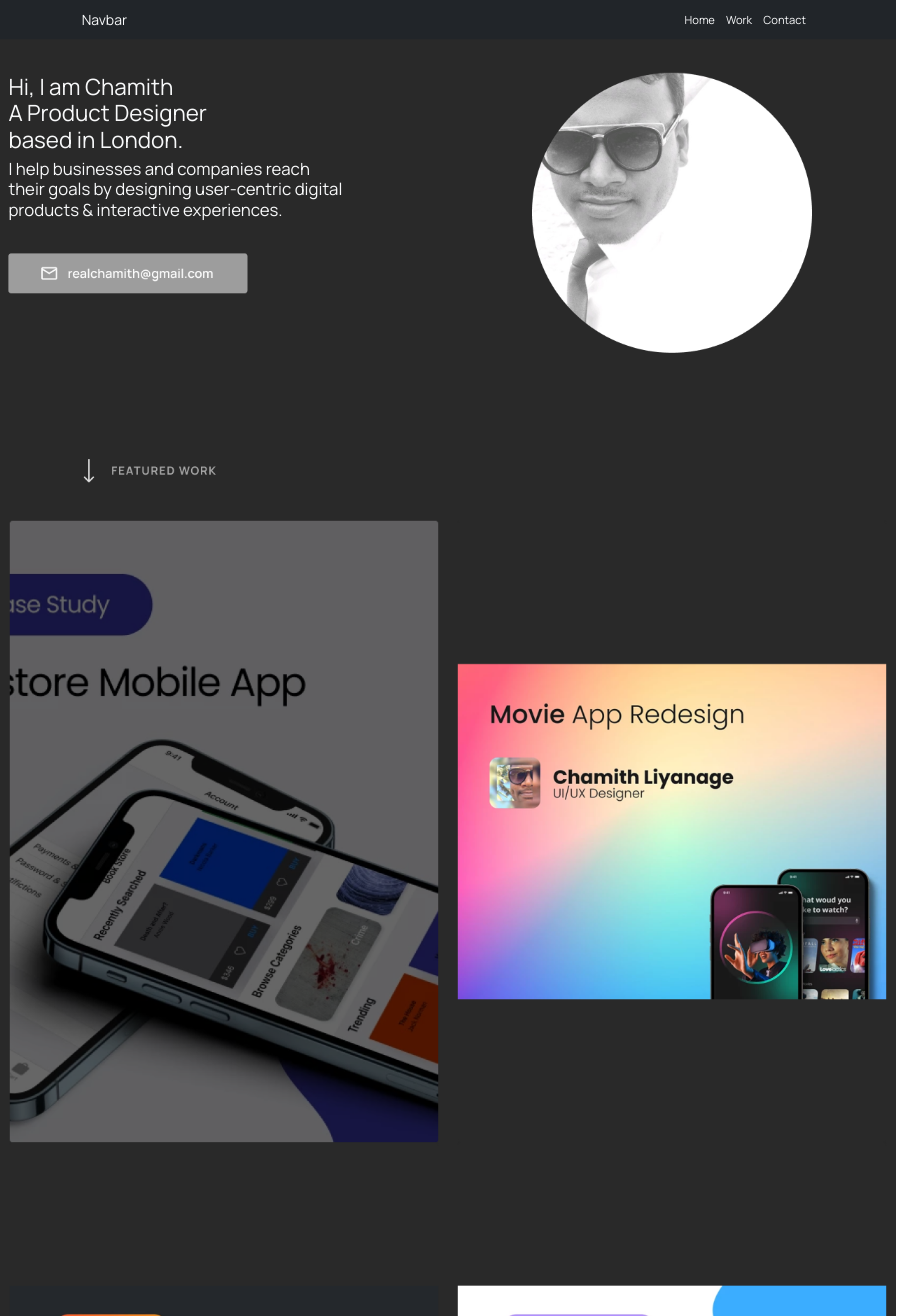
Repository: Realchamithweb/chamith-html
Page: index.html
An editor plug-in stored every save of this project. The page is shown before and after a run of saves, followed by the edit.
The browser window is 1280 px wide. The page is 1292 px wide, so the pictures cover 1292 px, including what lies to the right of the window. The pictures show the part of the page from y = 0 to 1880 px (the page is 4129 px tall before and 4225 px after), at 70% of full size.

Above is the page before, as saved 2023-01-04 16:16:53.

### index.html
<!doctype html>
<html lang="en">
  <head>
    <!-- Required meta tags -->
    <meta charset="utf-8">
    <meta name="viewport" content="width=device-width, initial-scale=1">
    <link rel="stylesheet" href="/css/style.css">
    <link rel="script" href="/js/main.js">
    <!-- Bootstrap CSS -->
    <link href="https://cdn.jsdelivr.net/npm/bootstrap@5.0.2/dist/css/bootstrap.min.css" rel="stylesheet" integrity="sha384-EVSTQN3/azprG1Anm3QDgpJLIm9Nao0Yz1ztcQTwFspd3yD65VohhpuuCOmLASjC" crossorigin="anonymous">
    <link rel="stylesheet" href="https://fonts.googleapis.com/css?family=Manrope">
    <title>Hello, world!</title>
  </head>
  <body>
    <div class="main">
            <div class="head">
                <nav class="navbar navbar-expand-lg navbar-light bg-dark">
                    <div class="container-fluid">
                        <div class="col-md-1"></div>
                    <a class="navbar-brand col-md-8 text-light" href="#">Navbar</a>
                    <button class="navbar-toggler" type="button" data-bs-toggle="collapse" data-bs-target="#navbarNavDropdown" aria-controls="navbarNavDropdown" aria-expanded="false" aria-label="Toggle navigation">
                        <span class="navbar-toggler-icon"></span>
                    </button>
                    <div class="collapse navbar-collapse" id="navbarNavDropdown">
                        <ul class="navbar-nav">
                        <li class="nav-item">
                            <a class="nav-link active text-light" aria-current="page" href="#">Home</a>
                        </li>
                        <li class="nav-item">
                            <a class="nav-link text-light" href="/work.html">Work</a>
                        </li>
                        <li class="nav-item">
                            <a class="nav-link text-light" href="/contact.html">Contact</a>
                        </li>
                        </ul>
                    </div>
                    </div>
                </nav>
            </div>

            <section>
            <div class="hero">
                <div class="container-fluid">
                    <div class="row">
                        <div class="col-lg-6 ">
                            <p class="hero-title text-light h2 mt-5">Hi, I am Chamith<br>
                                A Product Designer<br>
                                based in London.
                            </p>
                            <p class="hero-text text-light h4 mt-2">
                                I help businesses and companies reach <br>
                                their goals by designing user-centric digital <br>
                                products & interactive experiences.
                            </p>
                            <div class="mt-5">
                                <img src="/inc/Btn.png" class="">
                            </div>
                        </div>
                        <div class="col-lg-6 d-flex justify-content-center mb-5 mt-5">
                            <img src="/inc/unsplash_XHVpWcr5grQ.png"" class="hero-img">
                        </div>
                    </div>
                </div>
            </div>
            </section>
            <section>
            <div class="Featured-Work">
                <div class="container-fluid">
                    <div class="row mt-5">
                        <div class="col-lg-1  mb-5"></div>
                        <div class="col-lg-10  mb-5 mt-5">
                            <img src="/inc/Featured.png" class="img00">
                        </div>
                        <div class="col-lg-6 d-flex justify-content-center">
                            <img src="/inc/unsplash_mxPiMiz7KCo.png" class="img01">

                        </div>
                        <div class="col-lg-6 d-flex justify-content-center">
                            <img src="/inc/unsplash_g-pKprPg5yw.png" class="img02">
                        </div>
                    </div>
                </div>
                <div class="container-fluid">
                    <div class="row">
                        <div class="col-lg-6 d-flex justify-content-center">
                            <img src="/inc/unsplash_pqzRfBhd9r0.png" class="img01">
                        </div>
                        <div class="col-lg-6 d-flex justify-content-center">
                            <img src="/inc/unsplash_x-HpilsdKEk.png" class="img01">
                        </div>
                    </div>
                </div>
            </div>
            </section>
            <section>
                <div class="Visual-Explorations mb-5">
                    <div class="container-fluild">
                        <div class="row">
                            <div class="col-lg-12 d-flex justify-content-center text-light h1 mt-5 mb-5">Visual Explorations</div>
                            <div class="col-lg-4 d-flex justify-content-center">
                                <img src="/inc/unsplash_fd6K_OFlnRA.png" class="img01">
                            </div>
                            <div class="col-lg-4 d-flex justify-content-center">
                                <img src="/inc/unsplash_Glel-RswQqM.png" class="img01">
                            </div>
                            <div class="col-lg-4 d-flex justify-content-center">
                                <img src="/inc/unsplash_pPTw_RTkvXQ.png" class="img01">
                            </div>
                        </div>
                    </div>
                </div>
            </section>
            <section>
                <div class="Personal-Projects">
                    <div class="container-fluild">
                        <div class="row">
                            <div class="col-lg-12 d-flex justify-content-center text-light h1 mt-5">Personal Projects</div>
                            <div class="col-lg-4 d-flex justify-content-center">
                                <img src="/inc/Rectangle 4.png" class="img01">
                            </div>
                            <div class="col-lg-4 d-flex justify-content-center">
                                <img src="/inc/Rectangle 4-1.png" class="img01">
                            </div>
                            <div class="col-lg-4 d-flex justify-content-center">
                                <img src="/inc/Rectangle 4-2.png" class="img01">
                            </div>
                        </div>
                    </div>
                </div>
            </section>
            <section>
                <div class="contact-me">
                    <div class="container-fluild">
                        <div class="row">
                                <h2 class="text-light d-flex justify-content-center mb-5">Contact Me</h2>
                                <p class="text-light d-flex text-center justify-content-center h5 mb-5">If you are looking to hire a product designer,<br>
                                    I’m currently available for freelance work</p>
                                <div class="col-lg-12 d-flex justify-content-center mb-5">
                                    <img src="/inc/Btn.png" class="img02">
                                </div>
                        </div>
                    </div>
                </div>
            </section>
            <section>
                <div class="footer">
                    <div class="container-fluild">
                        <div class="row">
                            <hr class="text-light">
                            <div class="col-lg-4 text-center text-light mb-3">Made by Chamith — Copyright 2022</div>
                            <div class="col-lg-4 mb-3"></div>
                            <div class="col-lg-4 mb-3"><img src="/inc/Icons.png" class="img02"></div>
                        </div>
                    </div>
                </div>
            </section>

    </div>




    <!-- Optional JavaScript; choose one of the two! -->

    <!-- Option 1: Bootstrap Bundle with Popper -->
    <script src="https://cdn.jsdelivr.net/npm/bootstrap@5.0.2/dist/js/bootstrap.bundle.min.js" integrity="sha384-MrcW6ZMFYlzcLA8Nl+NtUVF0sA7MsXsP1UyJoMp4YLEuNSfAP+JcXn/tWtIaxVXM" crossorigin="anonymous"></script>

    <!-- Option 2: Separate Popper and Bootstrap JS -->
    <!--
    <script src="https://cdn.jsdelivr.net/npm/@popperjs/core@2.9.2/dist/umd/popper.min.js" integrity="sha384-IQsoLXl5PILFhosVNubq5LC7Qb9DXgDA9i+tQ8Zj3iwWAwPtgFTxbJ8NT4GN1R8p" crossorigin="anonymous"></script>
    <script src="https://cdn.jsdelivr.net/npm/bootstrap@5.0.2/dist/js/bootstrap.min.js" integrity="sha384-cVKIPhGWiC2Al4u+LWgxfKTRIcfu0JTxR+EQDz/bgldoEyl4H0zUF0QKbrJ0EcQF" crossorigin="anonymous"></script>
    -->
  </body>
</html>

### css/style.css
.main{
    background-color: #292929;
    font-family: 'Manrope', serif;

}

.hero-img{}

/*
.hero-title{
    position: absolute;
    width: 824px;
    height: 192px;
    left: 96px;
    top: 240px;

    font-family: 'Inter';
    font-style: normal;
    font-weight: 400;
    font-size: 54px;
    line-height: 64px;
    color: #000000;
}

.hero-text{
    position: absolute;
    width: 824px;
    height: 90px;
    left: 96px;
    top: 456px;

    font-family: 'Inter';
    font-style: normal;
    font-weight: 400;
    font-size: 20px;
    line-height: 30px;
    /* or 150% */
    /* color: #000000
}

.hero-btn{
    box-sizing: border-box;
    position: absolute;
    width: 341.57px;
    height: 57px;
    left: 96px;
    top: 634px;

    background: #FFFFFF;
    border: 1px solid #000000;
    border-radius: 4px;
}

.f-row{
    display: flex;
    flex-direction: row;
    justify-content: center;
    align-items: center;
    padding: 8px;
    gap: 32px;

    position: absolute;
    height: 48px;
    left: 96px;
    top: 836px;
}

.img00{
    display: flex;
    flex-direction: row;
    justify-content: center;
    align-items: center;
    padding: 8px;
    gap: 32px;

    position: absolute;
    width: 198px;
    height: 48px;
    left: 96px;
    top: 836px;

}

.img01{
    position: absolute;
    width: 612px;
    height: 888px;
    left: 96px;
    top: 964px;
    border-radius: 4px;
}

.img01:hover{
    background: linear-gradient(0deg, rgba(0, 0, 0, 0.6), rgba(0, 0, 0, 0.6)), url("/inc/Bookstore.png"), #292929;
}

.img02{
    position: absolute;
    width: 612px;
    height: 888px;
    left: 732px;
    top: 1102px;

    background: url(3ffea8135910975.Y3JvcCwxMDgwLDg0NCwwLDExNw.png), #292929;
    border-radius: 4px;
}  */

After the next 2 saves:
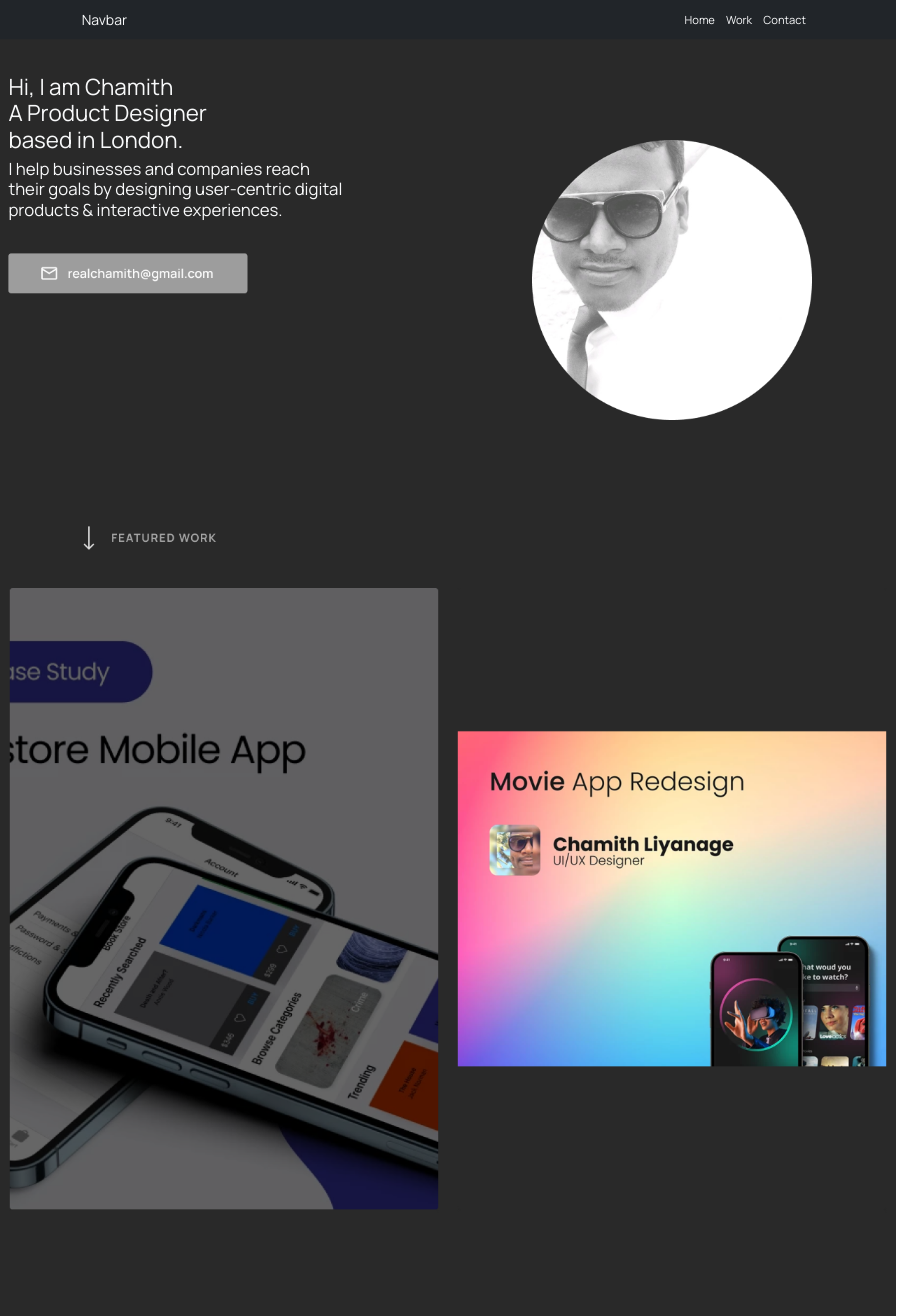
The 2 saves are shown as one change because they came seconds apart.
The last was saved 5 s later.
--- a/css/style.css
+++ b/css/style.css
@@ -4,7 +4,9 @@
 
 }
 
-.hero-img{}
+.hero-img{
+    margin-top: 6em;
+}
 
 /*
 .hero-title{
